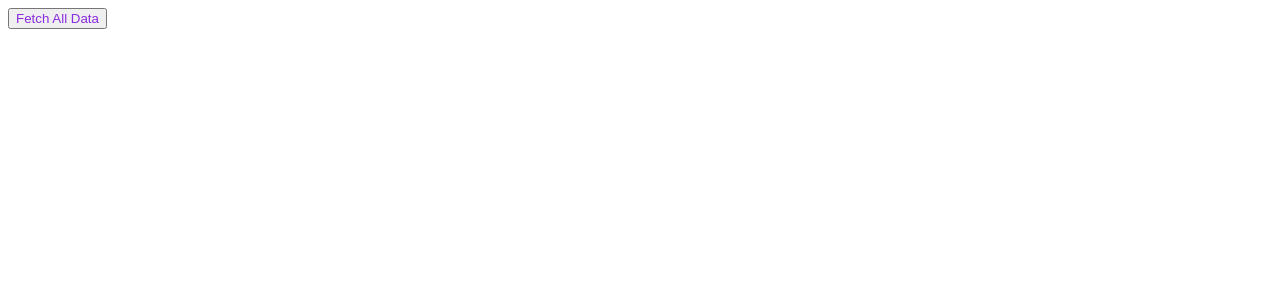
Repository: Gundeep-repos/407ETR_Assignment
Page: http://localhost/407ETR_Gundeep_Singh_assignment/
The author's editor kept a copy of each file at every save. The page is drawn from the files as they stood at one save, then again after the next save.
The browser window is 1280 px wide. The pictures show the whole page.
The page is served by Tomcat 9. Other server files are loaded and not shown.

Above is the page before, as saved 2021-07-03 23:43:45.

### 407ETR_Gundeep_Singh_assignment/WebContent/index.jsp
<%@ page language="java" contentType="text/html; charset=ISO-8859-1" pageEncoding="ISO-8859-1"%>
<!DOCTYPE html PUBLIC "-//W3C//DTD HTML 4.01 Transitional//EN" "http://www.w3.org/TR/html4/loose.dtd">
<html>
<head>
<meta http-equiv="Content-Type" content="text/html; charset=ISO-8859-1">
<title>Insert title here</title>
<script>


function go2(){

	var ans = "";

	var xhr = new XMLHttpRequest;


    // CORS Policy, should allow OPTIONS
    // AJAX uses OPTIONS instead of GET, POST which are enabled by default

    xhr.open("GET", "./ServiceClass", true);

    // xhr.setRequestHeader('Access-Control-Allow-Origin','*');
    // xhr.setRequestHeader('Access-Control-Allow-Methods', 'OPTIONS');
    // xhr.setRequestHeader('Access-Control-Allow-Credentials', 'true');

    //for response receiving
    xhr.onreadystatechange = function ()
    {

    	if(xhr.readyState == 4 && xhr.status == 200){
    		alert("Hello");
    		var res = xhr.responseText.trim();
                if (res == "success")
                {
                	alert(res);
                }else{
                	console.log("Fail");
                	alert("Fail");
                }
                console.log(res);
    	}
        //if (xhr.readyState === 4 && xhr.status == 200)
        //{
          //  var res = xhr.responseText.trim();
        //    if (res == "success")
           // {
         //       alert("category added successfuly.");
            //    document.getElementById("lb1").innerHTML = "Category Successfuly Added";
         //       document.getElementById("lb1").style.color = "green";
        //        document.getElementById("form1").reset();
          //      document.getElementById("im1").src = "";
      //      } else
    //        {
   //             document.getElementById("lb1").innerHTML = "Unsuccessful"
  //              document.getElementById("lb1").style.color = "red";
//
  //          }
//        } -->
    };





    	xhr.send("Sent dete");

}



</script>
</head>
<body>

<div class="table">
<button style="color: blueviolet" onclick="go2()">Fetch All Data</button>
</body>
</html>

After the next save:
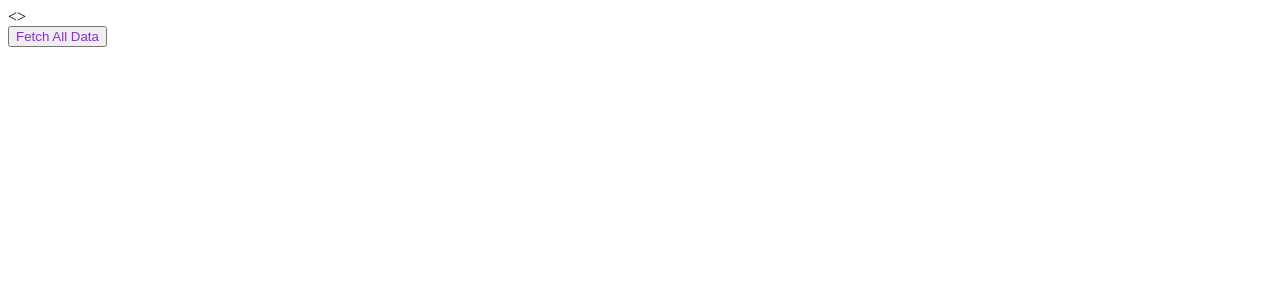
Saved 51 s later.
--- a/407ETR_Gundeep_Singh_assignment/WebContent/index.jsp
+++ b/407ETR_Gundeep_Singh_assignment/WebContent/index.jsp
@@ -72,7 +72,9 @@ function go2(){
 </head>
 <body>
 
-<div class="table">
+<div style="center">
+<>
+</div>
 <button style="color: blueviolet" onclick="go2()">Fetch All Data</button>
 </body>
 </html>
